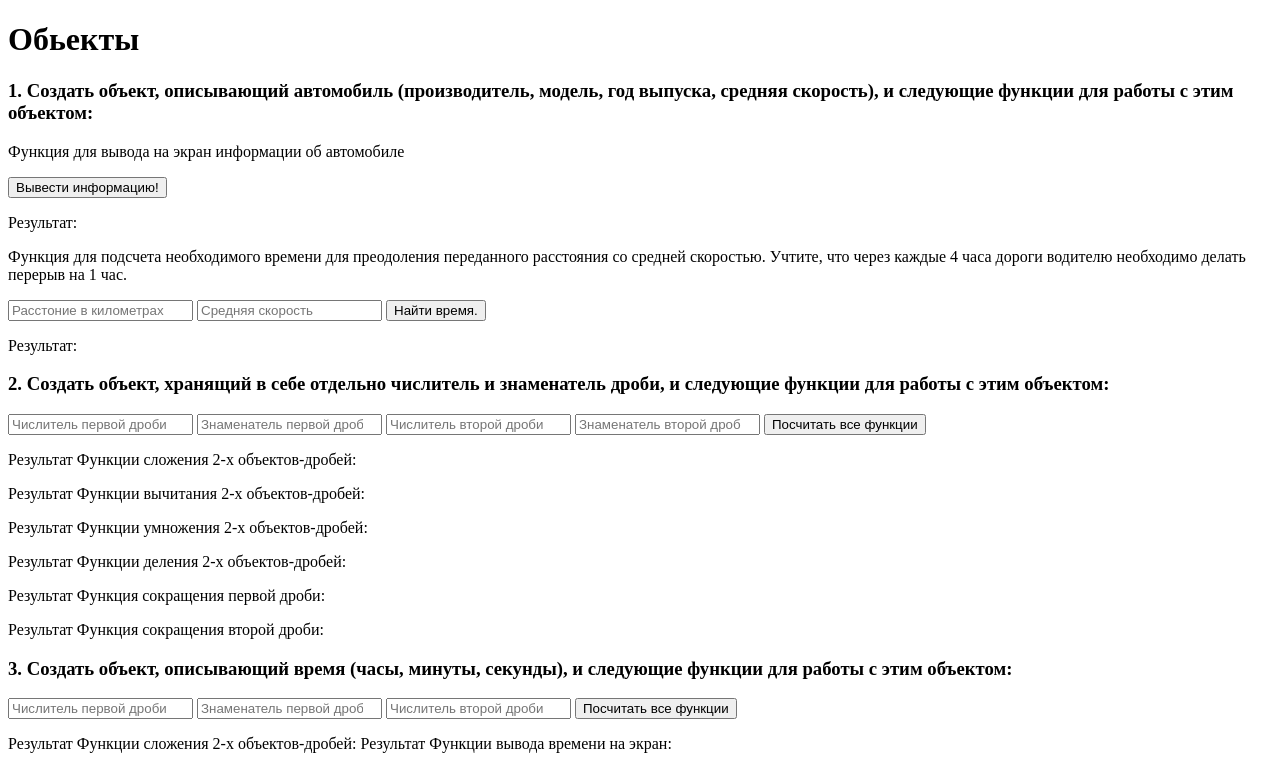
Repository: NastyaGavrilova/Beetroot-js
Page: HW4/index.html
The author's editor kept a copy of each file at every save. The page is drawn from the files as they stood at one save, then again after the next save.
The browser window is 1280 px wide. The pictures show the whole page.

Above is the page before, as saved 2021-10-20 15:41:08.

After the next save:
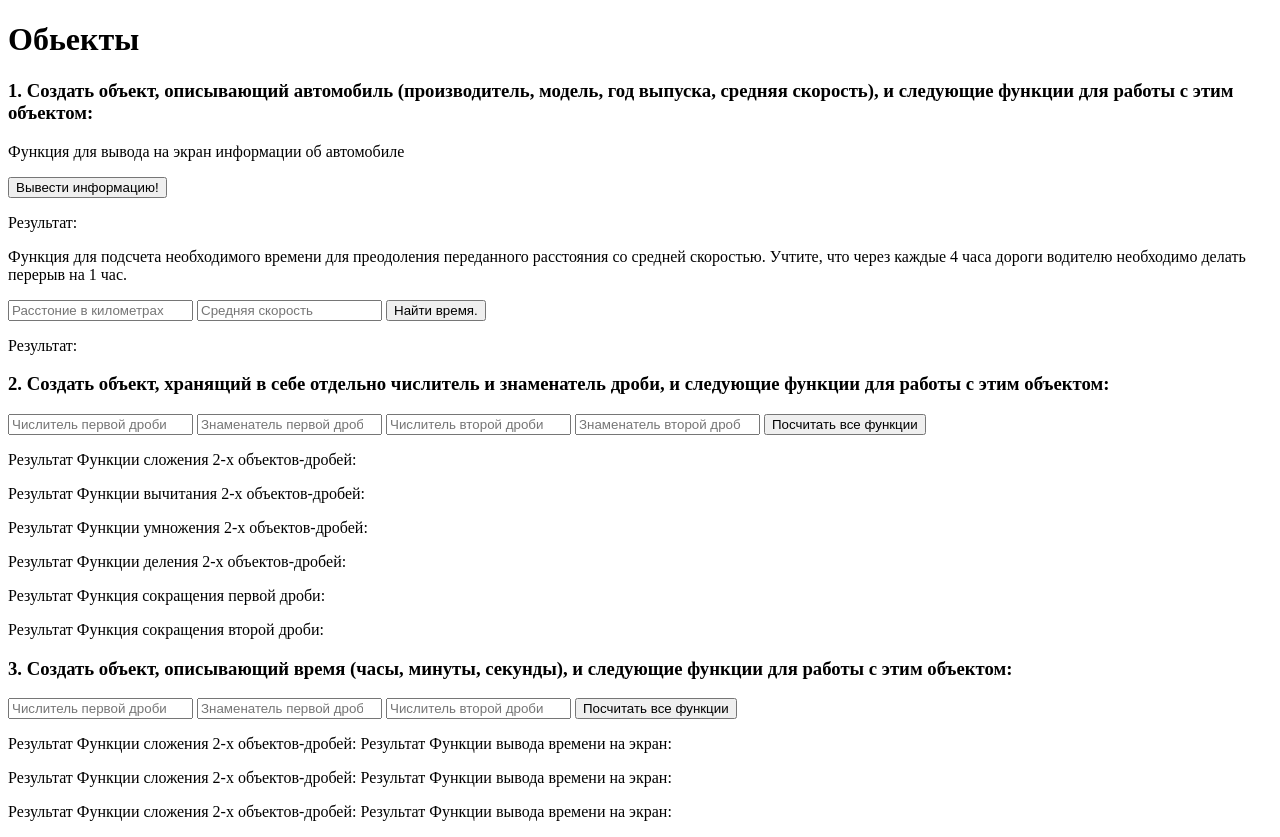
Saved 3 min 40 s later.
--- a/HW4/index.html
+++ b/HW4/index.html
@@ -140,6 +140,18 @@
             Результат Функции вывода времени на экран:
           </span>
         </p>
+        <p class="c-task3__result">
+          Результат Функции сложения 2-х объектов-дробей:
+          <span id="js-task3-span2">
+            Результат Функции вывода времени на экран:
+          </span>
+        </p>
+        <p class="c-task3__result">
+          Результат Функции сложения 2-х объектов-дробей:
+          <span id="js-task3-span3">
+            Результат Функции вывода времени на экран:
+          </span>
+        </p>
       </div>
     </section>
     <script src="./index.js"></script>
